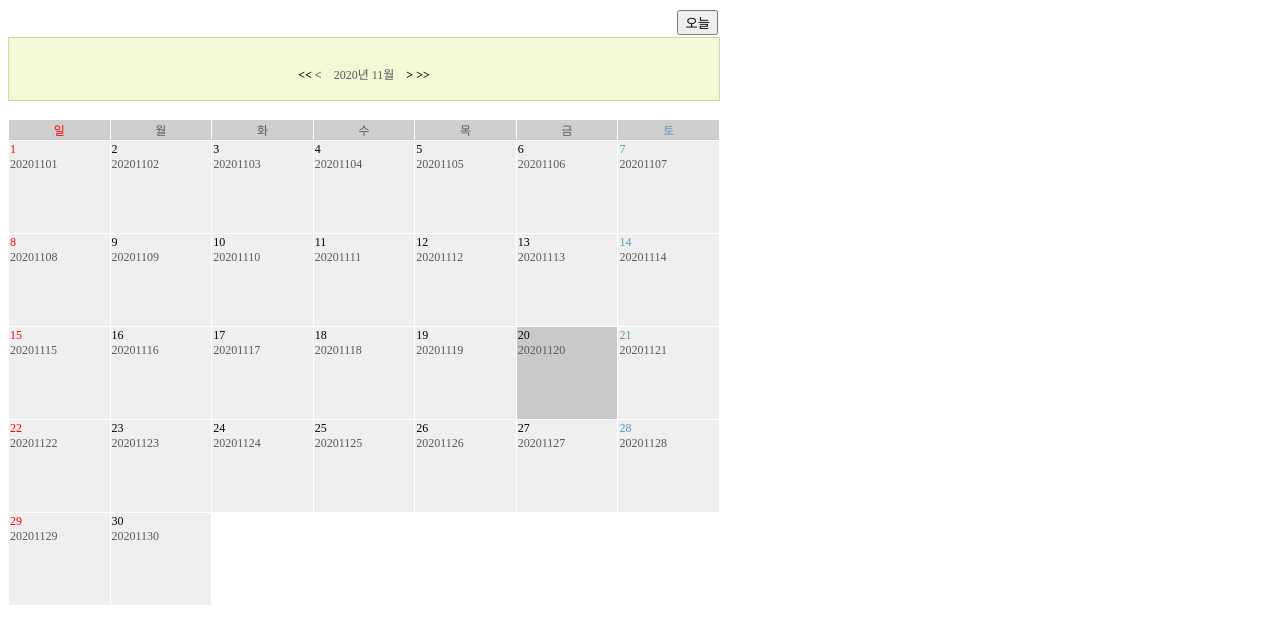
Repository: JEON-KIHO/finalProject
Page: http://localhost/ERP/WEB-INF/views/calendar.jsp
The author's editor kept a copy of each file at every save. The page is drawn from the files as they stood at one save, then again after the next save.
The browser window is 1280 px wide. The pictures show the whole page.
Some web libraries are served in a nearby version. The page is served by Tomcat 9. Nobody is signed in. The template is opened directly, without the code that normally fills it, so the values that code supplies are empty.

Above is the page before, as saved 2020-11-27 07:19:01.

After the next save:
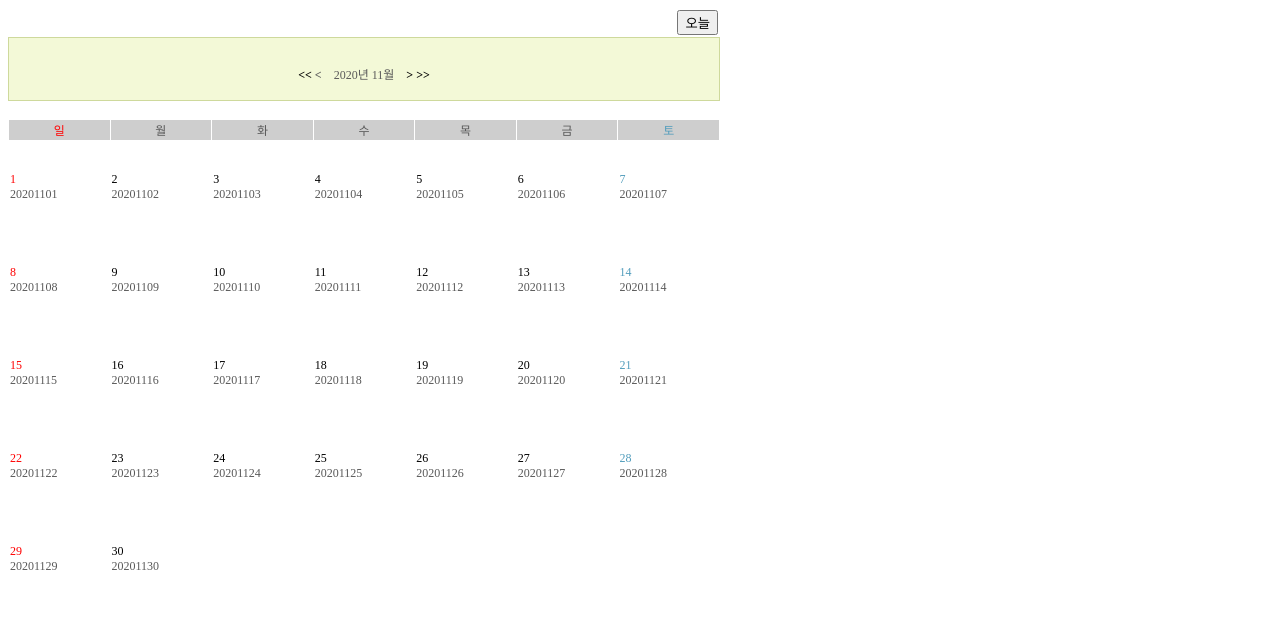
Saved 100 s later.
--- a/ERP/src/main/webapp/WEB-INF/views/calendar.jsp
+++ b/ERP/src/main/webapp/WEB-INF/views/calendar.jsp
@@ -211,7 +211,7 @@ A:hover {
 								if (iUseDate == intToday) {
 									backColor = "#c9c9c9";
 								}
-								out.println("<TD valign='top' align='left' height='92px' bgcolor='" + backColor + "' nowrap>");
+								out.println("<TD class='ddd' style='valign:top; align:left; height:92px; bgcolor:" + backColor + "; nowrap'>");
 						%>
 						<font color='<%=color%>'> <%=index%></font>
 						<%
